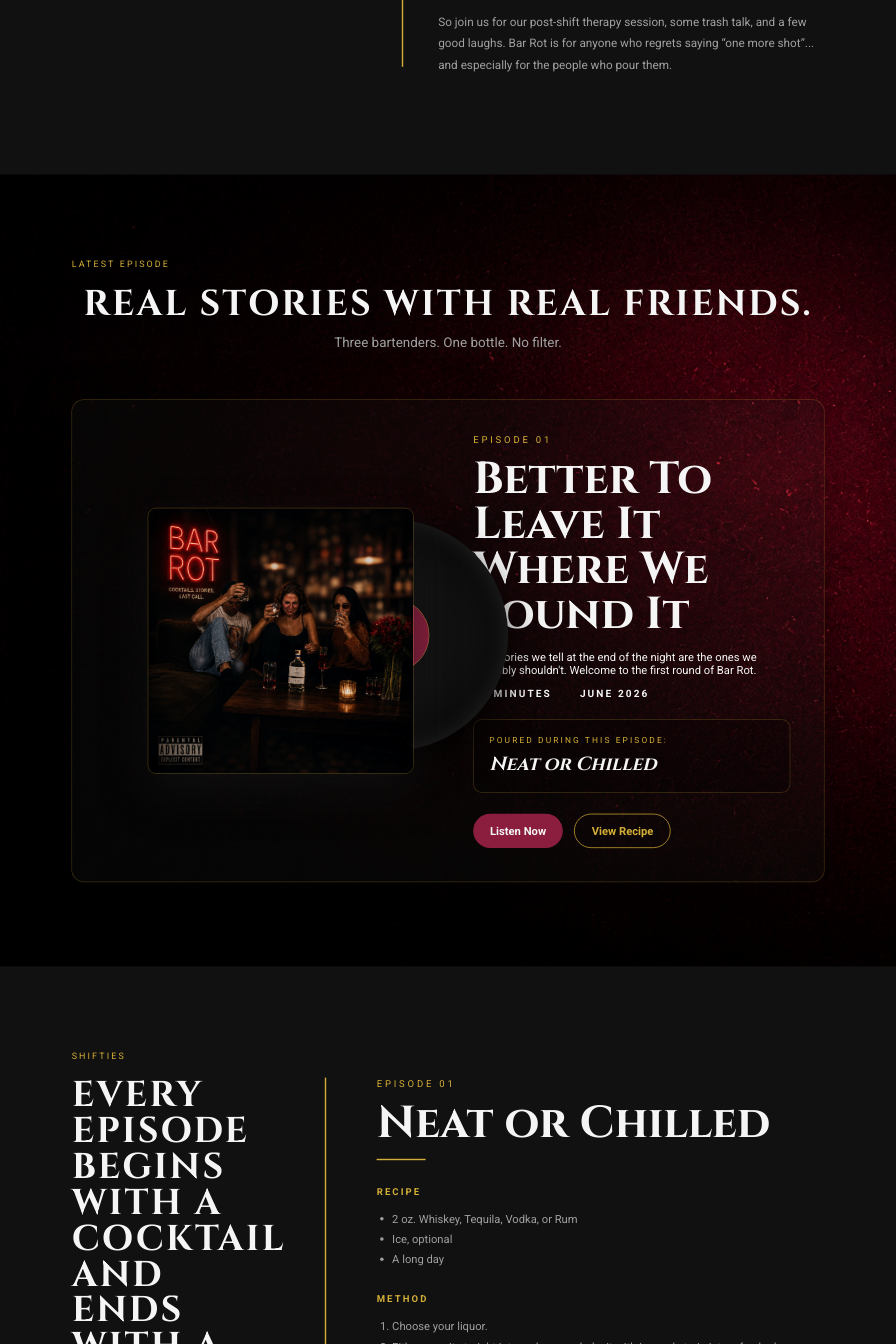
Repository: Gage-Codes/BarRot
Page: index.html
These files come from the project's save history. The page is drawn as it stood at one moment and after the next save; the edit follows.
The browser window is 1280 px wide. The pictures show the part of the page from y = 1179 to 3099 px (the page is 6324 px tall before and 6343 px after), at 70% of full size.

Above is the page before, as saved 2026-07-09 00:58:31.

After the next save:
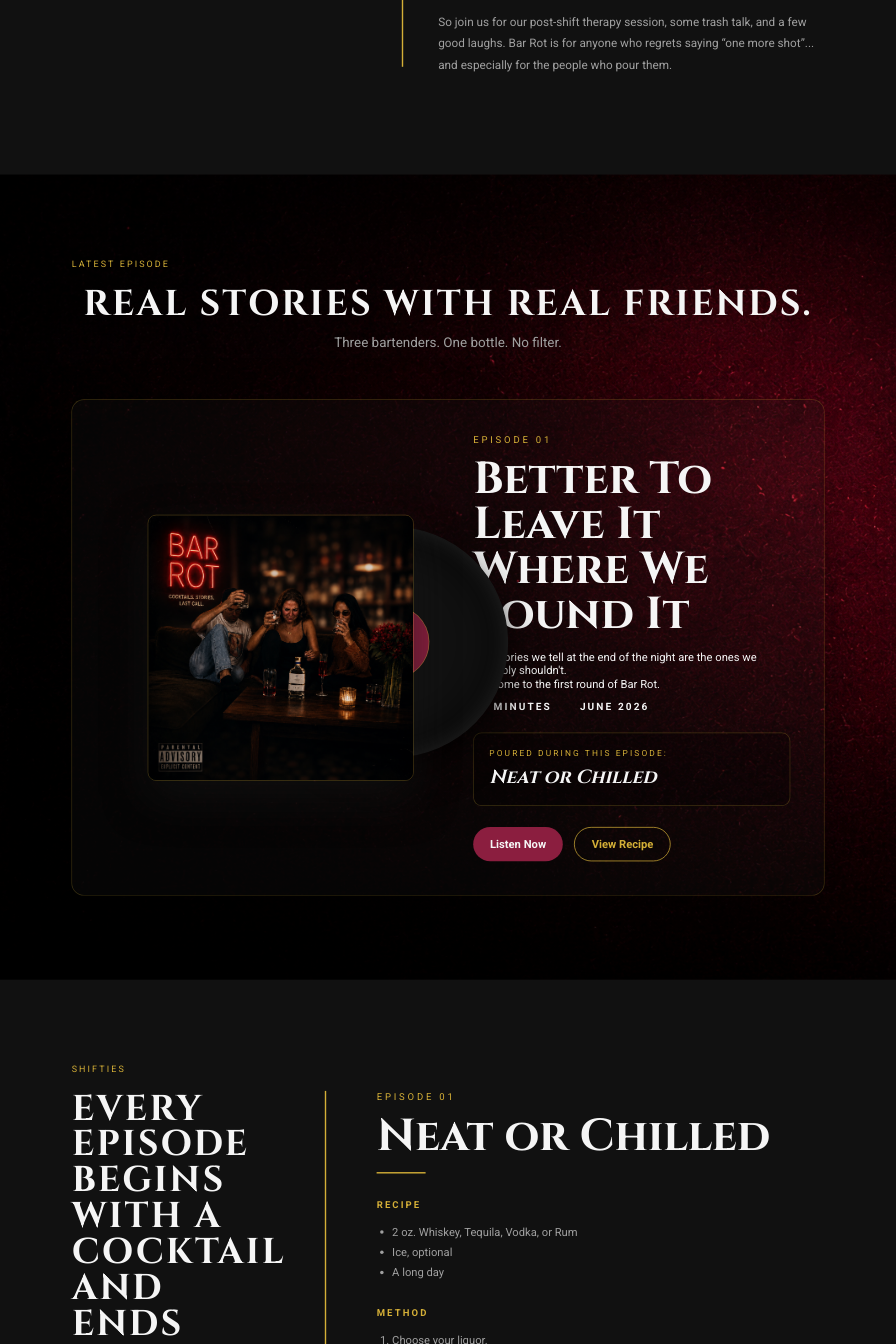
Console error: TypeError: Cannot set properties of null (setting 'textContent')
Saved 10 h 46 min later.
--- a/index.html
+++ b/index.html
@@ -118,8 +118,10 @@
                 <h3 id="episode-title">
                     Better To Leave It Where We Found It
                 </h3>
-                <p class="episode-description" id="episode-description">
+                <p class="episode-description" id="episode-description-1">
                     The stories we tell at the end of the night are the ones we probably shouldn't.
+                </p>
+                <p class="episode-discription" id="episode-description-2">
                     Welcome to the first round of Bar Rot.
                 </p>
                 <div class="episode-meta">
